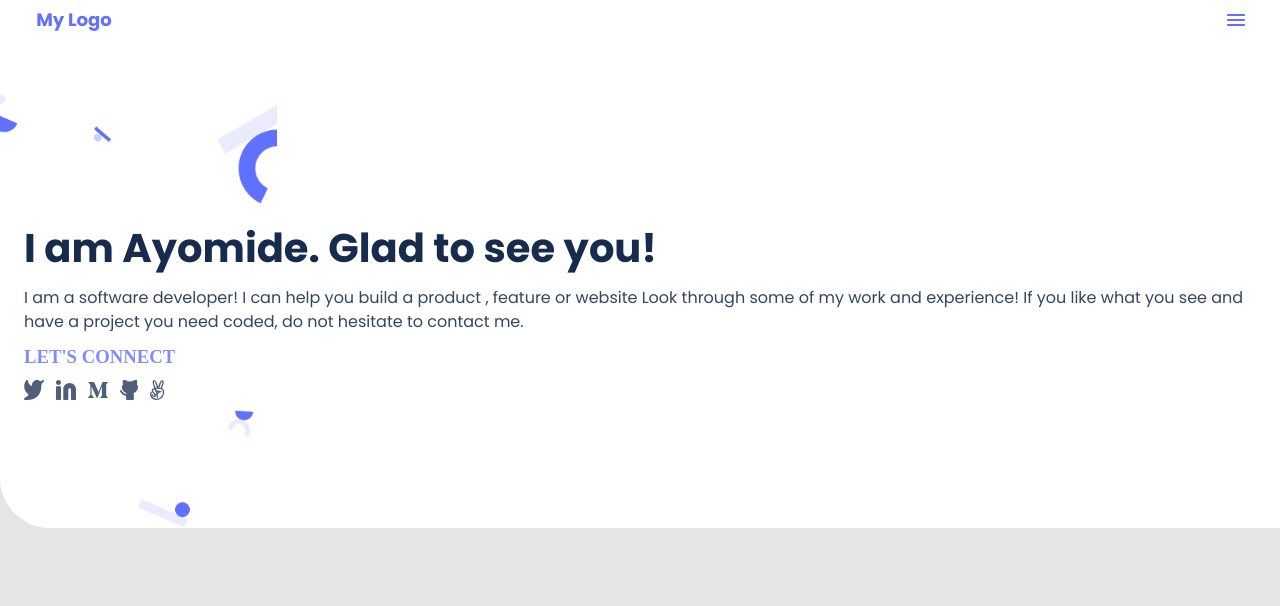
Repository: Paulinelali/potfoilo.github.io
Page: public/index.html
These files come from the project's save history. The page is drawn as it stood at one moment and after a run of saves; the edit follows.
The browser window is 1280 px wide. The pictures show the whole page.

Above is the page before, as saved 2023-03-31 00:39:39.

After the next 4 saves:
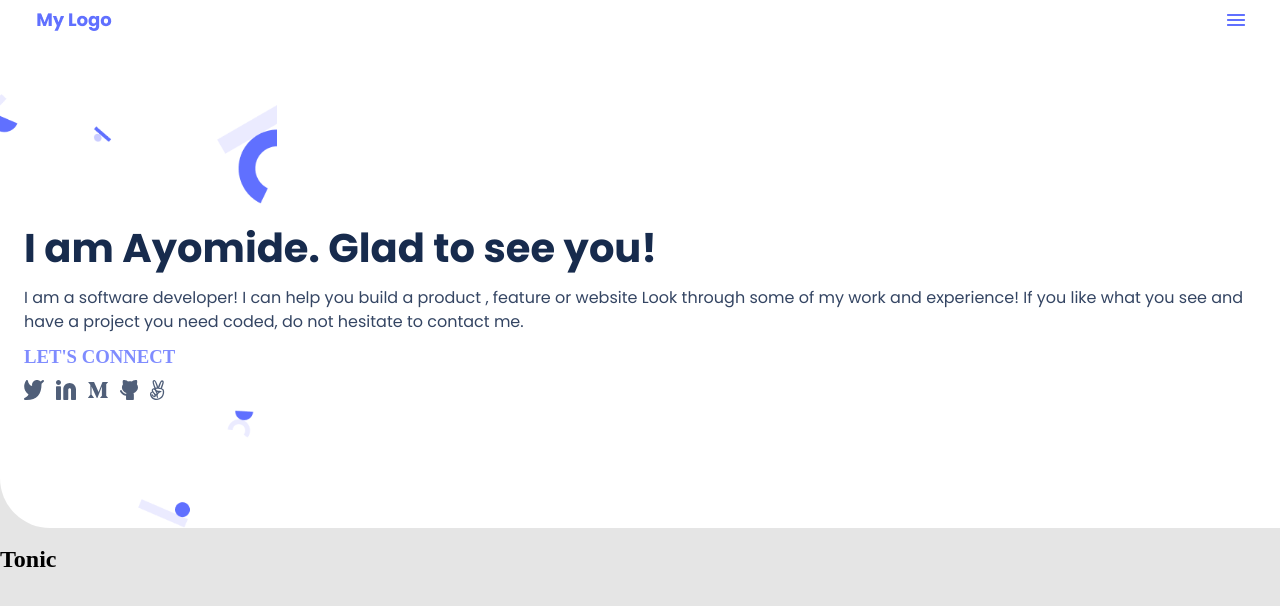
The 4 saves are shown as one change because they came seconds apart.
The last was saved 16 s later.
--- a/public/index.html
+++ b/public/index.html
@@ -45,6 +45,7 @@
 
     <section class="card-wrapper">
         <img src="" alt="">
+        <h2>Tonic</h2>
     </section>
 </body>
 </html>
